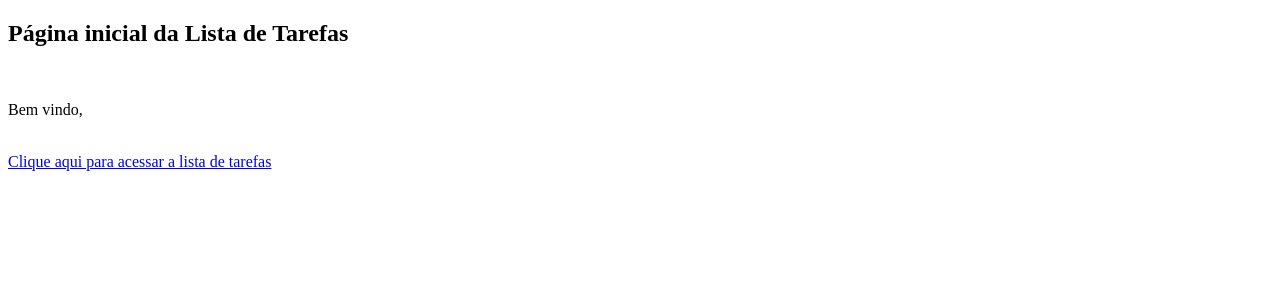
Repository: noceravictor/projetosbs
Page: http://localhost/fj21-tarefas/WEB-INF/views/menu.jsp
The author's editor kept a copy of each file at every save. The page is drawn from the files as they stood at one save, then again after the next save.
The browser window is 1280 px wide. The pictures show the whole page.
The page is served by Tomcat 9. Nobody is signed in. Other server files are loaded and not shown. The template is opened directly, without the code that normally fills it, so the values that code supplies are empty.

Above is the page before, as saved 2019-03-22 13:27:20.

### fj21-tarefas/WebContent/WEB-INF/views/menu.jsp
<%@ page language="java" contentType="text/html; charset=UTF-8"
    pageEncoding="UTF-8"%>
<!DOCTYPE html>
<html>
<head>
<meta charset="UTF-8">
<title>Menu</title>
</head>
<body>
	<h2>Página inicial da Lista de Tarefas</h2><br/>
	<p>Bem vindo, ${usuarioLogado.login }</p><br/>
	<a href="listaTarefas">Clique aqui para acessar a lista de tarefas</a>
</body>
</html>

After the next save:
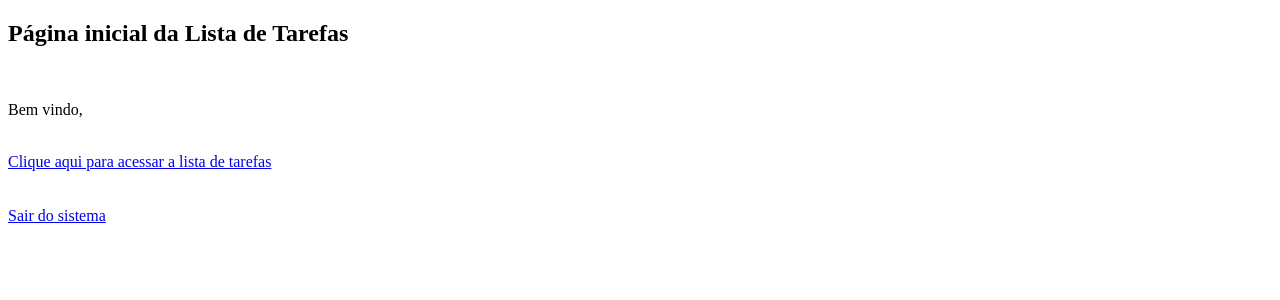
Saved 58 min 16 s later.
--- a/fj21-tarefas/WebContent/WEB-INF/views/menu.jsp
+++ b/fj21-tarefas/WebContent/WEB-INF/views/menu.jsp
@@ -10,5 +10,9 @@
 	<h2>Página inicial da Lista de Tarefas</h2><br/>
 	<p>Bem vindo, ${usuarioLogado.login }</p><br/>
 	<a href="listaTarefas">Clique aqui para acessar a lista de tarefas</a>
+	<br/>
+	<br/>
+	<br/>
+	<a href="logout">Sair do sistema</a>
 </body>
 </html>
